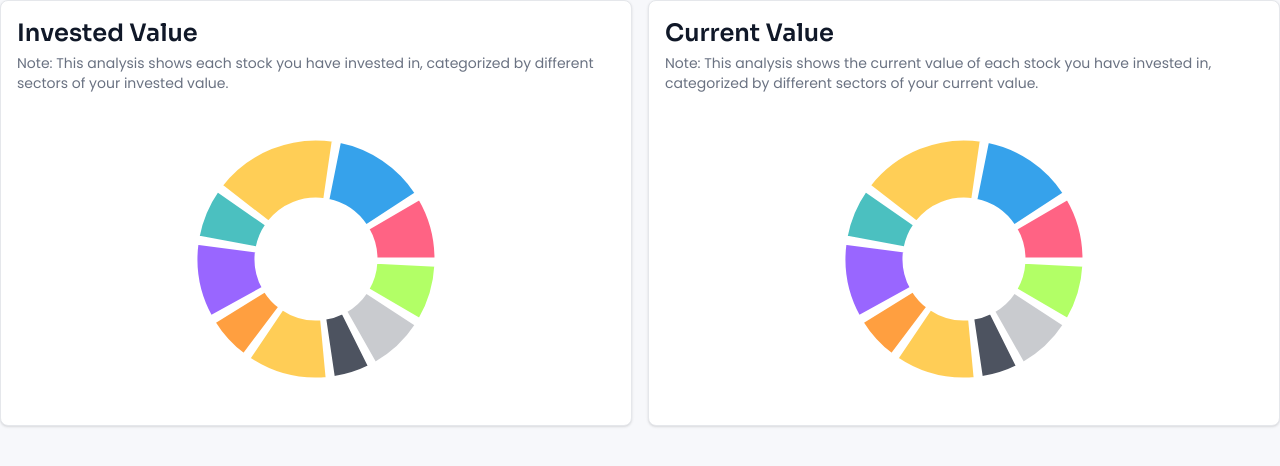
Repository: jabir12-12/inten-project
Page: /components/piechart
An editor plug-in stored every save of this project. The page is shown before and after the next save, followed by the edit.
The browser window is 1280 px wide. The pictures show the whole page.
The project was rebuilt for these pictures with package versions that can differ from the ones it lists, and the page was loaded fresh each time. The framework's server and built-in components were replaced by stand-ins that run in the browser. Also part of the build but not shown: next.config.ts.

Above is the page before, as saved 2025-05-17 23:12:13.

After the next save:
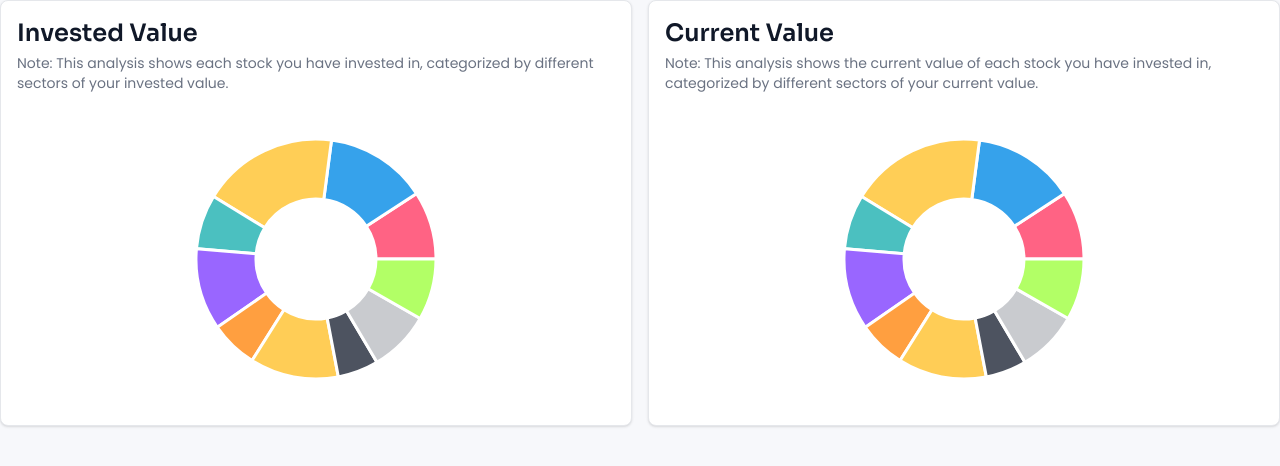
Saved 29 s later.
--- a/src/pages/components/piechart.tsx
+++ b/src/pages/components/piechart.tsx
@@ -90,7 +90,6 @@ export default function PieChartComponent() {
                             outerRadius={120}
                             stroke="#FFFFFF"
                             strokeWidth={3}
-                            paddingAngle={3}
                         >
                             {pieChartFormattedData.map((entry, index) => (
                                 <Cell key={`cell-${index}`} fill={entry.fill} />
@@ -117,7 +116,6 @@ export default function PieChartComponent() {
                             outerRadius={120}
                             stroke="#FFFFFF"
                             strokeWidth={3}
-                            paddingAngle={3}
                         >
                             {pieChartFormattedData.map((entry, index) => (
                                 <Cell key={`cell-${index}`} fill={entry.fill} />
